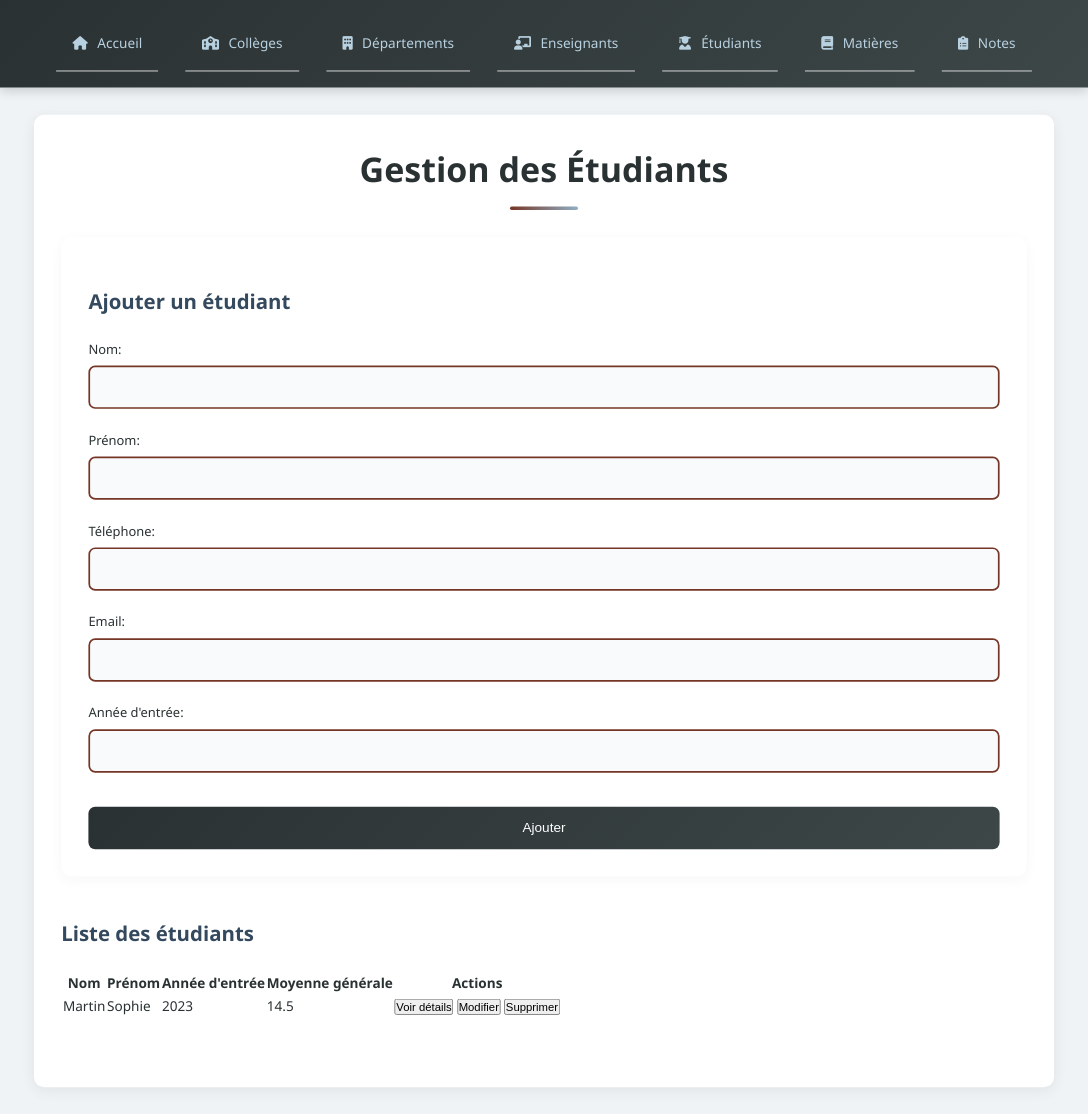
Repository: Ishimw3/college-management
Page: pages/students.html
These files come from the project's save history. The page is drawn as it stood at one moment and after the next save; the edit follows.
The browser window is 1280 px wide. The pictures show the whole page, at 85% of full size.

Above is the page before, as saved 2025-02-24 20:40:52.
Console error: ReferenceError: data is not defined

After the next save:
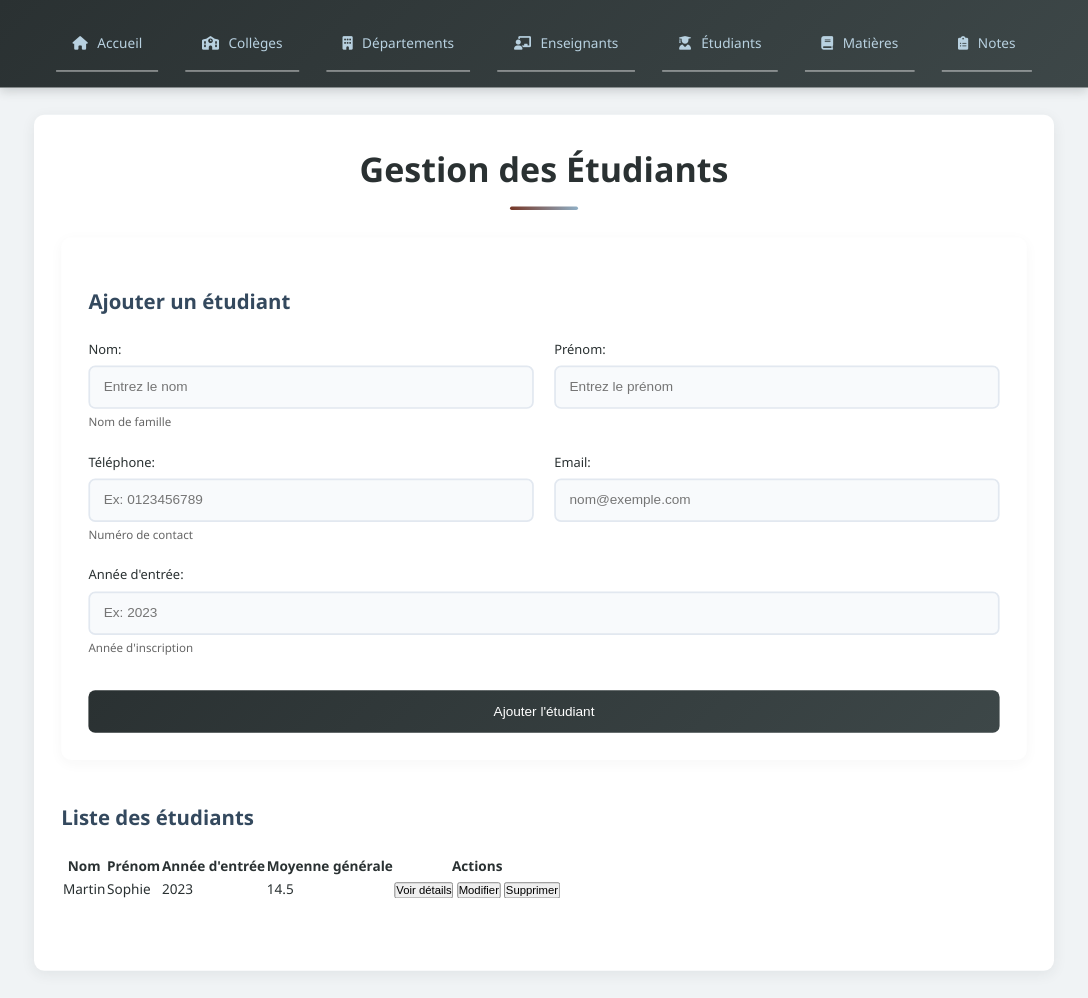
Saved 4 s later.
--- a/pages/students.html
+++ b/pages/students.html
@@ -27,27 +27,34 @@
         <section class="form-section">
             <h2>Ajouter un étudiant</h2>
             <form>
-                <div class="form-group">
-                    <label for="nom">Nom:</label>
-                    <input type="text" id="nom" required>
+                <div class="form-row">
+                    <div class="form-group">
+                        <label for="nom">Nom:</label>
+                        <input type="text" id="nom" name="nom" required placeholder="Entrez le nom">
+                        <div class="form-help">Nom de famille</div>
+                    </div>
+                    <div class="form-group">
+                        <label for="prenom">Prénom:</label>
+                        <input type="text" id="prenom" name="prenom" required placeholder="Entrez le prénom">
+                    </div>
                 </div>
-                <div class="form-group">
-                    <label for="prenom">Prénom:</label>
-                    <input type="text" id="prenom" required>
-                </div>
-                <div class="form-group">
-                    <label for="tel">Téléphone:</label>
-                    <input type="tel" id="tel" required>
-                </div>
-                <div class="form-group">
-                    <label for="email">Email:</label>
-                    <input type="email" id="email" required>
+                <div class="form-row">
+                    <div class="form-group">
+                        <label for="tel">Téléphone:</label>
+                        <input type="tel" id="tel" name="tel" required placeholder="Ex: 0123456789">
+                        <div class="form-help">Numéro de contact</div>
+                    </div>
+                    <div class="form-group">
+                        <label for="email">Email:</label>
+                        <input type="email" id="email" name="email" required placeholder="nom@exemple.com">
+                    </div>
                 </div>
                 <div class="form-group">
                     <label for="annee_entree">Année d'entrée:</label>
-                    <input type="number" id="annee_entree" required>
+                    <input type="number" id="annee_entree" name="annee_entree" required min="2000" max="2024" placeholder="Ex: 2023">
+                    <div class="form-help">Année d'inscription</div>
                 </div>
-                <button type="submit">Ajouter</button>
+                <button type="submit">Ajouter l'étudiant</button>
             </form>
         </section>
 
